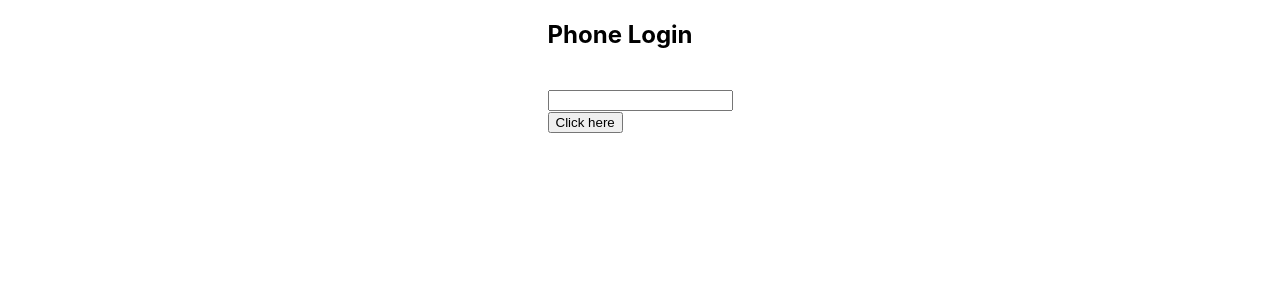
Repository: Rubin78/login-verification
Page: /
These files come from the project's save history. The page is drawn as it stood at one moment and after the next save; the edit follows.
The browser window is 1280 px wide. The pictures show the whole page.
The project was rebuilt for these pictures with package versions that can differ from the ones it lists, and the page was loaded fresh each time.

Above is the page before, as saved 2021-02-16 01:43:08.

### src/App.js
import React, { Component, label } from "react";
import "./App.css";
import firebase from "./firebase";

export default class App extends Component {
  constructor(props) {
    super(props);

    this.state = {
      phoneNumber: null,
    };
  }

  //   setUpRecaptcha = () =>{
  // window.recaptchaVerifier = new firebase.auth.RecaptchaVerifier(
  //   "sign-in-button",
  //   {
  //     size: "invisible",
  //     callback: (response) => {
  //       // reCAPTCHA solved, allow signInWithPhoneNumber.
  //       this.onSignInSubmit();
  //     },
  //   }
  // );

  //   };

  //   onSignInSubmit = (event) => {
  // event.preventDefault();
  //     const phoneNumber = "+918369696578";
  //     const appVerifier = window.recaptchaVerifier;
  //     firebase
  //       .auth()
  //       .signInWithPhoneNumber(phoneNumber, appVerifier)
  //       .then((confirmationResult) => {
  // SMS sent. Prompt user to type the code from the message, then sign the
  // user in with confirmationResult.confirm(code).
  // window.confirmationResult = confirmationResult;
  // ...
  // })
  // .catch((error) => {
  // Error; SMS not sent
  // ...
  //     });
  // }

  handleClick = (e) => {
    e.preventDefault();
    const { phoneNumber } = this.state;
    const phoneNumber_countryCode = `+91${phoneNumber}`;
    console.log(phoneNumber_countryCode);
    let recaptcha = new firebase.auth.RecaptchaVerifier("recaptcha");
    let number = phoneNumber_countryCode;
    firebase
      .auth()
      .signInWithPhoneNumber(number, recaptcha)
      .then(function (e) {
        let code = prompt("enter otp", "");
        if (code == null) return;
        e.confirm(code)
          .then(function (result) {
            console.log(result.user, "user");
            document.querySelector("label").textContent =
              result.user.phoneNumber + "Number Verified";
          })
          .catch((error) => {
            console.log(error);
          });
      });
  };

  render() {
    const { phoneNumber } = this.state;
    return (

       <div className="container">

<div className="row justify-content-center align-item-center">

<div className="col-sm-6 text-left">
  <h2>Phone Login</h2>
  </div>
        <form onSubmit={this.handleClick}>
          <div id="recaptcha"></div>
          <br />


          <input
            type="tel"
            pattern="[789][0-9]{9}"
            value={phoneNumber}
            onChange={(e) => {
              this.setState({
                phoneNumber: e.target.value,
              });
            }}
          />
          <br />
          <input type="submit" value="Click here" />
        </form>
        </div>
        {/* <div className="container">

<div className="row justify-content-center align-item-center">

<div className="col-sm-6 text-left">
  <h2>Phone Login</h2>
  </div>
<form onSubmit={this.onSignInSubmit}>
  <div className="form-group">
    <label for ="exampleInputEmail1">phone number</label>
    <input type="number" className="form-control" />
    </div>

    <button type="submit" className="btn btn-primary">submit</button>
    </form>
  </div>
  </div> */}
      </div>
    );
  }
}

### src/App.css
.App {
  text-align: center;
}
.container{
  display: flex;
  justify-content: center;
  align-items: center;
}
.App-logo {
  height: 40vmin;
  pointer-events: none;
}

@media (prefers-reduced-motion: no-preference) {
  .App-logo {
    animation: App-logo-spin infinite 20s linear;
  }
}

.App-header {
  background-color: #282c34;
  min-height: 100vh;
  display: flex;
  flex-direction: column;
  align-items: center;
  justify-content: center;
  font-size: calc(10px + 2vmin);
  color: white;
}

.App-link {
  color: #61dafb;
}

@keyframes App-logo-spin {
  from {
    transform: rotate(0deg);
  }
  to {
    transform: rotate(360deg);
  }
}

### src/firebase.js
import firebase from "firebase";
import "firebase/auth";



// Your web app's Firebase configuration
var firebaseConfig = {
  apiKey: "AIzaSyCPzRnaARKqxbz7v2rWT2UkPVg2Tu1pzO8",
  authDomain: "phone-login-2db6e.firebaseapp.com",
  projectId: "phone-login-2db6e",
  storageBucket: "phone-login-2db6e.appspot.com",
  messagingSenderId: "683632220759",
  appId: "1:683632220759:web:e58cc6ba32dc476c8a2112",
};
// Initialize Firebase
firebase.initializeApp(firebaseConfig);

export default firebase;

Loaded but not shown: public/index.html (common file); src/index.js (common file); src/index.css (common file); src/reportWebVitals.js (common file)

After the next save:
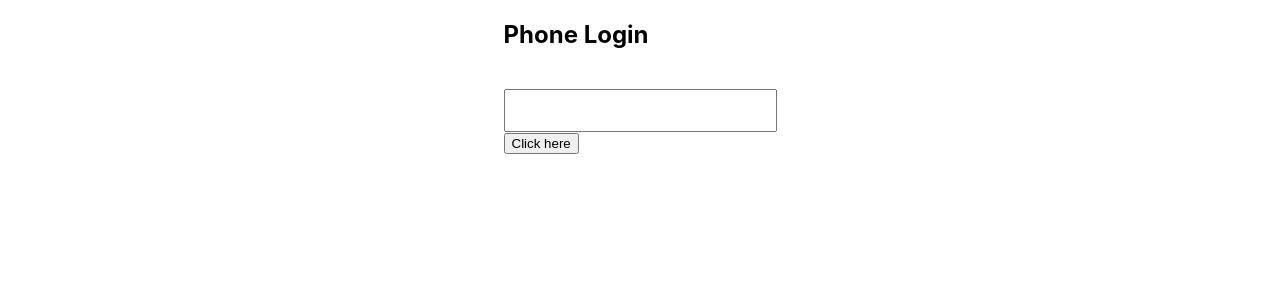
Saved 63 s later.
--- a/src/App.css
+++ b/src/App.css
@@ -16,7 +16,9 @@
     animation: App-logo-spin infinite 20s linear;
   }
 }
-
+input[type="tel"] {
+    padding: 12px 46px;
+}
 .App-header {
   background-color: #282c34;
   min-height: 100vh;
